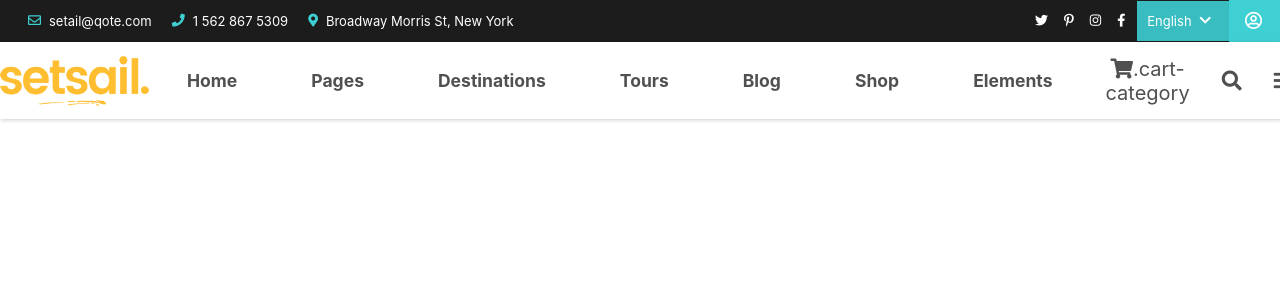
Repository: Hunga9k50doker/Setail
Page: /
The author's editor kept a copy of each file at every save. The page is drawn from the files as they stood at one save, then again after a run of saves.
The browser window is 1280 px wide. The pictures show the whole page.
The project was rebuilt for these pictures with package versions that can differ from the ones it lists, and the page was loaded fresh each time.

Above is the page before, as saved 2021-10-21 11:34:28.

### public/index.html
<!DOCTYPE html>
<html lang="en">

<head>
  <meta charset="utf-8" />
  <link rel="icon" href="%PUBLIC_URL%/favicon.ico" />
  <meta name="viewport" content="width=device-width, initial-scale=1" />
  <meta name="theme-color" content="#000000" />
  <meta name="description" content="Web site created using create-react-app" />
  <link rel="stylesheet" href="./font/fontawesome-free-5.15.3-web/css/all.min.css">
  <link rel="apple-touch-icon" href="%PUBLIC_URL%/logo192.png" />
  <!--
      manifest.json provides metadata used when your web app is installed on a
      user's mobile device or desktop. See https://developers.google.com/web/fundamentals/web-app-manifest/
    -->
  <link rel="manifest" href="%PUBLIC_URL%/manifest.json" />
  <!--
      Notice the use of %PUBLIC_URL% in the tags above.
      It will be replaced with the URL of the `public` folder during the build.
      Only files inside the `public` folder can be referenced from the HTML.

      Unlike "/favicon.ico" or "favicon.ico", "%PUBLIC_URL%/favicon.ico" will
      work correctly both with client-side routing and a non-root public URL.
      Learn how to configure a non-root public URL by running `npm run build`.
    -->
  <title>React App</title>
</head>

<body>
  <noscript>You need to enable JavaScript to run this app.</noscript>
  <div id="root">

  </div>
  <script type="text/babel">
  </script>
  <!--
      This HTML file is a template.
      If you open it directly in the browser, you will see an empty page.

      You can add webfonts, meta tags, or analytics to this file.
      The build step will place the bundled scripts into the <body> tag.

      To begin the development, run `npm start` or `yarn start`.
      To create a production bundle, use `npm run build` or `yarn build`.
    -->
</body>

</html>

### src/index.js
import React from "react";
import ReactDOM from "react-dom";
import App from "./views/App.js";
import reportWebVitals from "./reportWebVitals";
import "./styles/global.scss";
// import socialNetworks from '../src/components/socialNetworks'

ReactDOM.render(
  <React.StrictMode>
    <App />
  </React.StrictMode>,
  document.getElementById("root")
);

// If you want to start measuring performance in your app, pass a function
// to log results (for example: reportWebVitals(console.log))
// or send to an analytics endpoint. Learn more: https://bit.ly/CRA-vitals
reportWebVitals();

### src/views/App.js
import './App.scss';
import NavOnTop from '../components/NavOnTop/NavOnTop';
import Nav from '../components/Navigation/Nav';

function App() {

  return (
    <div className="App">
      <NavOnTop />
      <Nav />
    </div>
  );
}

export default App;

### src/styles/global.scss
@import './variables';

* {
  margin: 0;
  padding: 0;
  box-sizing: border-box;
}

body {
  margin: 0;
  font-family: -apple-system, BlinkMacSystemFont, "Segoe UI", "Roboto", "Oxygen",
    "Ubuntu", "Cantarell", "Fira Sans", "Droid Sans", "Helvetica Neue",
    sans-serif;
  -webkit-font-smoothing: antialiased;
  -moz-osx-font-smoothing: grayscale;
}

code {
  font-family: source-code-pro, Menlo, Monaco, Consolas, "Courier New",
    monospace;
}

ul,
li {
  display: inline-block;
  list-style: none;
  padding-left: 0;
}

a {
  text-decoration: none;
  display: inline-block;
  color: #505050;
}

.bridge {
  content: "";
  position: absolute;
  top: -4px;
  left: 50%;
  transform: translate(-50%, 0);
  width: 100%;
  height: 8px;
}

.hover-slide-below {
  content: " ";
  width: 100%;
  height: 4px;
  background: $bg-color--hover;
  position: absolute;
  bottom: -8px;
  left: 0;
  border-radius: 8px;
  transform: scaleX(0);
  transform-origin: center left;
  transition: all 0.3s ease;
}

### src/views/App.scss
.App {
  text-align: center;
  background: #999;
}

### src/components/NavOnTop/NavOnTop.js
// import { render } from "@testing-library/react";
import './NavOnTop.scss';

const NavOnTop = () => {
  return (
    <div className="nav__onTop">
      <ul className="nav__onTop-leftInner">
        <li className="nav__onTop-leftInner-item">
          <i className="far fa-envelope"></i>
          <p className="nav__onTop-leftInner-item-text">setail@qote.com</p>
        </li>
        <li className="nav__onTop-leftInner-item">
          <i className="fas fa-phone"></i>
          <p className="nav__onTop-leftInner-item-text">1 562 867 5309</p>
        </li>
        <li className="nav__onTop-leftInner-item">
          <i className="fas fa-map-marker-alt"></i>
          <p className="nav__onTop-leftInner-item-text">
            Broadway Morris St, New York
          </p>
        </li>
      </ul>
      <ul className="nav__onTop-rightInner">
        <li className="nav__onTop-rightInner-item nav__onTop-rightInner-item-socialNetwork">
          <i className=" fab fa-twitter"></i>
        </li>
        <li className="nav__onTop-rightInner-item nav__onTop-rightInner-item-socialNetwork">
          <i className=" fab fa-pinterest-p"></i>
        </li>
        <li className="nav__onTop-rightInner-item nav__onTop-rightInner-item-socialNetwork">
          <i className=" fab fa-instagram"></i>
        </li>
        <li className="nav__onTop-rightInner-item nav__onTop-rightInner-item-socialNetwork">
          <i className=" fab fa-facebook-f"></i>
        </li>
        <li className="nav__onTop-rightInner-item nav__onTop-rightInner-item-toggleLang">
            <p>English</p>
            <i className="fas fa-chevron-down"></i>
          <div className="nav__onTop-rightInner-item-langs">
            <a href="#" className="nav__onTop-rightInner-item-lang">
              VietNam
            </a>
            <a href="#" className="nav__onTop-rightInner-item-lang">
              France
            </a>
            <a href="#" className="nav__onTop-rightInner-item-lang">
              German
            </a>
          </div>
        </li>
        <li className="nav__onTop-rightInner-item nav__onTop-rightInner-account">
          <i className="far fa-user-circle"></i>
        </li>
      </ul>
    </div>
  );
};

export default NavOnTop;

### src/components/Navigation/Nav.js
import "./Nav.scss";

const Nav = () => {
  return (
    <div className="nav">
      <img src="./logo/logo-footer.png" alt="Not found" className="nav__logo" />
      <ul className="nav__list">
        <li className="nav__list-item nav__list-item-Home">
          <h3 className="nav__list-item-title">Home</h3>
          <div className="nav__list-item-selections">
            <a href="#" className="nav__list-item-selection">
              <p>Travel Agency</p>
            </a>
            <a href="#" className="nav__list-item-selection">
              <p>Winters Holidays</p>
            </a>
            <a href="#" className="nav__list-item-selection">
              <p>Exotic Destinations</p>
            </a>
          </div>
        </li>
        <li className="nav__list-item nav__list-item-Pages">
          <h3 className="nav__list-item-title">Pages</h3>
          <div className="nav__list-item-selections">
            <a href="#" className="nav__list-item-selection">
              <p>About Us</p>
            </a>
            <a href="#" className="nav__list-item-selection">
              <p>What We Offer</p>
            </a>
            <a href="#" className="nav__list-item-selection">
              <p>Our Team</p>
            </a>
          </div>
        </li>
        <li className="nav__list-item nav__list-item-Destinations">
          <h3 className="nav__list-item-title">Destinations</h3>
          <div className="nav__list-item-selections">
            <a href="#" className="nav__list-item-selection">
              <p>Destination List</p>
            </a>
            <a href="#" className="nav__list-item-selection">
              <p>Destination Slider</p>
            </a>
            <a href="#" className="nav__list-item-selection">
              <p>Destination Item</p>
            </a>
          </div>
        </li>
        <li className="nav__list-item nav__list-item-Tours">
          <h3 className="nav__list-item-title">Tours</h3>
          <div className="nav__list-item-selections">
            <a href="#" className="nav__list-item-selection">
              <p>Standard List</p>
            </a>
            <a href="#" className="nav__list-item-selection">
              <p>Gallery List</p>
            </a>
            <a href="#" className="nav__list-item-selection">
              <p>Split List</p>
            </a>
          </div>
        </li>
        <li className="nav__list-item nav__list-item-Blog">
          <h3 className="nav__list-item-title">Blog</h3>
          <div className="nav__list-item-selections">
            <a href="#" className="nav__list-item-selection">
              <p>Blog Masonry</p>
            </a>
            <div className="nav__list-item-selection">
              <p>Blog Standard</p>
              <i className="fas fa-chevron-right"></i>
              <ul className="sub-menu ">
                <li className="sub-menu-item">
                  <a href="#">Right Sidebar</a>
                </li>
                <li className="sub-menu-item">
                  <a href="#">Left Sidebar</a>
                </li>
                <li className="sub-menu-item">
                  <a href="#">Without Sidebar</a>
                </li>
              </ul>
            </div>
            <div className="nav__list-item-selection">
              <p>Blog Types</p>
              <i className="fas fa-chevron-right"></i>
              <ul className="sub-menu ">
                <li className="sub-menu-item">
                  <a href="#">Standard </a>
                </li>
                <li className="sub-menu-item">
                  <a href="#">Gallery </a>
                </li>
                <li className="sub-menu-item">
                  <a href="#">Link</a>
                </li>
              </ul>
            </div>
          </div>
        </li>
        <li className="nav__list-item nav__list-item-Shop">
          <h3 className="nav__list-item-title">Shop</h3>
          <div className="nav__list-item-selections">
            <a href="#" className="nav__list-item-selection">
              <p>Product List</p>
            </a>
            <a href="#" className="nav__list-item-selection">
              <p>Product Single</p>
            </a>
            <div className="nav__list-item-selection">
              <p>Shop Layout</p>
              <i className="fas fa-chevron-right"></i>
              <ul className="sub-menu">
                <li className="sub-menu-item">
                  <a href="#">Three Columns </a>
                </li>
                <li className="sub-menu-item">
                  <a href="#">Four Columns </a>
                </li>
                <li className="sub-menu-item">
                  <a href="#">Full Width</a>
                </li>
              </ul>
            </div>
          </div>
        </li>
        <li className="nav__list-item nav__list-item-Elements">
          <h3 className="nav__list-item-title">Elements</h3>
          <div className="nav__list-item-selections">
            <ul className="nav__list-item-selection sub-category">
              <li className="sub-category-item">Featured</li>
              <li className="sub-category-item">
                <a href="#">Tour List</a>
              </li>
              <li className="sub-category-item">
                <a href="#">Tour Carousel</a>
              </li>
              <li className="sub-category-item">
                <a href="#">Tour Filter</a>
              </li>
            </ul>
            <ul className="nav__list-item-selection sub-category">
              <li className="sub-category-item">Presentation</li>
              <li className="sub-category-item">
                <a href="#">Team</a>
              </li>
              <li className="sub-category-item">
                <a href="#">Blog List</a>
              </li>
              <li className="sub-category-item">
                <a href="#">Shop List</a>
              </li>
            </ul>
            <ul className="nav__list-item-selection sub-category">
              <li className="sub-category-item">ClassNameic</li>
              <li className="sub-category-item">
                <a href="#">Accordions</a>
              </li>
              <li className="sub-category-item">
                <a href="#">Tabs</a>
              </li>
              <li className="sub-category-item">
                <a href="#">Buttons</a>
              </li>
            </ul>
            <ul className="nav__list-item-selection sub-category">
              <li className="sub-category-item">Typography</li>
              <li className="sub-category-item">
                <a href="#">Headings</a>
              </li>
              <li className="sub-category-item">
                <a href="#">Columns</a>
              </li>
              <li className="sub-category-item">
                <a href="#">Section Title</a>
              </li>
            </ul>
          </div>
        </li>
      </ul>
      <ul className="nav__innerRight">
        <li className="nav__innerRight-item nav__innerRight-item-cart">
          <i className="fas fa-shopping-cart"></i>
          .cart-category

        </li>
        <li className="nav__innerRight-item nav__innerRight-item-search">
          <i className="fas fa-search"></i>
        </li>
        <li className="nav__innerRight-item nav__innerRight-item-category">
          <i className="fas fa-bars"></i>
        </li>
      </ul>
    </div>
  );
};

export default Nav;

### src/styles/_variables.scss


$primary-color:#3fd0d4;
$bg-color--hover:#3abdc1;
$text-color: #505050;
$white-color:#fff;

### src/components/NavOnTop/NavOnTop.scss
@import '../../styles/variables';

.nav__onTop {
  display: flex;
  align-items: center;
  justify-content: space-between;
  padding: 0 0 0 18px;
  background: #1c1c1c;
  color: #fff;
  &-leftInner,
  &-rightInner {
    display: flex;
    align-items: center;
    &-item {
      display: flex;
      align-items: center;
      justify-content: center;
      font-size: 13px;
      padding: 0 10px;
      cursor: pointer;
      &:hover {
        color: $primary-color;
      }
      i {
        margin-right: 8px;
      }

      &-langs {
        // display: none;
        transition: all 0.3s ease;
                position: absolute;
       bottom: calc( -100% - 54px);
       left: 0;
       right: 0;
      z-index: -1;
      transform: translateY(-200%);
      opacity: 0;
    }
    &-lang{
        padding:6px 10px;
        display:flex;
        align-items:center;
        justify-content: center;
        flex-direction: column;
        background: $primary-color;
        color:#fff;
        &:hover{
            background: $bg-color--hover;
        }
        &:last-child{
            padding-bottom: 12px;
        }

        &:first-child{
            position: relative;
            &:after{
                content: " ";
                position: absolute;
                width: 100%;
                height: 8px;
                top: -4px;
            }
        }
    }
    }



    &-item-socialNetwork {
      padding-left: 4px;
      padding-right: 4px;
    }
    &-item-toggleLang {
    position: relative;
      background: $bg-color--hover;
      display: flex;
      align-items: center;
      height: 100%;
      margin: 0;
      padding: 12px 10px;
      justify-content: space-around;
      p {
        display: inline-block;
        margin-right: 8px;
      }
    }
    &-item-toggleLang:hover .nav__onTop-rightInner-item-langs{
       transform: translateY(0);
       opacity: 1;
        z-index: 5;

    }

    &-account {
      background: $primary-color;
      padding:12px 10px 12px 16px;
      display: flex;
      align-items: center;
      justify-content: center;
      i {
        display: inline-block;
        font-size: 1.1rem;
      }
      &:hover{
          color: #999;
          background: $bg-color--hover;
      }
    }
  }
   &-leftInner {
      i {
        color: $primary-color;
      }
    }
}


// ============Animation=====================

### src/components/Navigation/Nav.scss
@import "../../styles/variables";
@import "../../styles/global.scss";

.nav {
  position: fixed;
  left: 0;
  right: 0;
  top: 42px;
  z-index: 5;
  transition: all 0.3s ease;
  display: flex;
  align-items: center;
  justify-content: space-around;
  box-shadow:1px 1px 4px rgba(0, 0, 0, 0.2);
  &__logo {
    cursor: pointer;
    width: 150px;
    height: 50px;
    font-size: 14px;
  }

  &__list {
    display: flex;
    align-items: center;
    justify-content: center;
    &-item {
      position: relative;
      transition: all 0.5s ease;
      padding: 28px 37px;
      font-size: 15px;
      cursor: pointer;
      color: $text-color;
      &:hover {
        color: $primary-color;
      }

      &-title {
        position: relative;
        font-weight: 700;

        &:after {
          @extend .hover-slide-below;
        }
        &:hover:after {
          transform: scaleX(1);
          transform-origin: left center;
        }
      }
      &-selections {
        transition: all 0.3s ease;
        text-align: left;
        flex-direction: column;
        position: absolute;
        border-radius: 2px;
        top: 82px;
        left: 0;
        width: calc(150% + 50px);
        box-shadow: 0px 0px 5px rgba(0, 0, 0, 0.2);
        transform: scaleY(0);
        transform-origin: center top;

        &:before {
          @extend .bridge;
        }
      }

      &:hover &-selections {
        transform: scaleY(1);
        transform-origin: top center;
      }
      &-selection {
        position: relative;
        display: block;
        padding: 5px 25px 6px 32px;
        font-size: 15px;
        color: $text-color;
        font-weight: 500;
        p {
          position: relative;
          display: inline-block;
          width: fit-content;
          &:after {
            @extend .hover-slide-below;
            height: 3px;
          }
        }
        &:hover {
          color: $primary-color;

          .sub-menu {
            display: flex;
            transform:scaleX(1);
            transform-origin: left center;
            opacity: 1;
          }
        }
        &:hover p:after {
          transform: scaleX(1);
          transform-origin: left center;

        }
        &:first-child {
          padding-top: 34px;
        }
        &:last-child {
          margin-bottom: 34px;
        }

        .sub-menu {
          position: absolute;
          top: 0;
          z-index: -1;
          left: 100%;
          align-items: flex-start;
          float: left;
          flex-direction: column;
          box-shadow: 1px 1px 4px rgba(0, 0, 0, 0.2);
          width: 100%;
          padding: 28px 0 28px 0;
          transform: scaleX(0);
          opacity:0;
          transform-origin: center left;
          transition: all 0.3s ease;
          &-item {
            width: 100%;
            padding: 5px 37px 6px 37px;
            color: $text-color;
            a {
              position: relative;
              display: inline-block;
              width: fit-content;
              &:after {
                @extend .hover-slide-below;
                height: 2px;
              }
            }
            &:hover a {
              color: $primary-color;
            }
            &:hover a:after {
              transform: scaleX(1);
              transform-origin: left center;
            }
          }
        }
      }

      &:nth-child(5)  &-selection,
      &:nth-child(6) &-selection {
        display: flex;
        align-items: center;
        justify-content: space-between;
      }

      &:nth-child(7) .sub-category {
        display: flex;
        align-items: flex-start;
        flex-direction: column;
        padding: 10px 20px;
        flex: 1;
        &-item {
          position: relative;
          padding: 7px 37px;
          &:first-child {
            color: $primary-color;
            font-size: 16px;
            font-weight: 700;
            margin-bottom: 20px;
          }
          a {
            position: relative;
            width: fit-content;
            &:after {
              @extend .hover-slide-below;
              height: 3px;
            }
          }

          &:hover a {
            color: $primary-color;
          }

          &:hover a:after {
            transform: scaleX(1);
            transform-origin: left center;
          }
        }
      }
    }

    &-item:nth-child(7) &-item-selections {
      display: flex;
      position: fixed;
      top: 120px;
      left: 0;
      width: 100vw;
      flex-direction: row;
      padding: 37px 50px;
    }
  }

  &__innerRight {
    display: flex;
    align-items: center;
    justify-content: center;
    &-item {
      position: relative;
      transition: all 0.5s ease;
      cursor: pointer;
      margin: 0 16px;
      font-size: 20px;
      color: $text-color;
      z-index: 2;
      transform: scale(1);

      &:hover {
        transform: scale(1.2);
        color: $bg-color--hover;
      }
    }
  }
}

Loaded but not shown: src/reportWebVitals.js (common file); public/font/fontawesome-free-5.15.3-web/css/all.min.css (library)

After the next 2 saves:
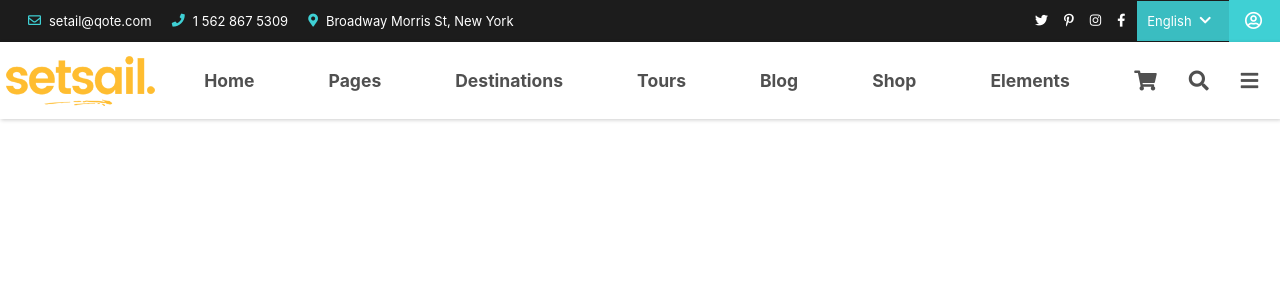
The 2 saves are shown as one change because they came seconds apart.
The last was saved 7 s later.
--- a/src/components/Navigation/Nav.js
+++ b/src/components/Navigation/Nav.js
@@ -182,8 +182,7 @@ const Nav = () => {
       <ul className="nav__innerRight">
         <li className="nav__innerRight-item nav__innerRight-item-cart">
           <i className="fas fa-shopping-cart"></i>
-          .cart-category
-
+          <div></div>
         </li>
         <li className="nav__innerRight-item nav__innerRight-item-search">
           <i className="fas fa-search"></i>
